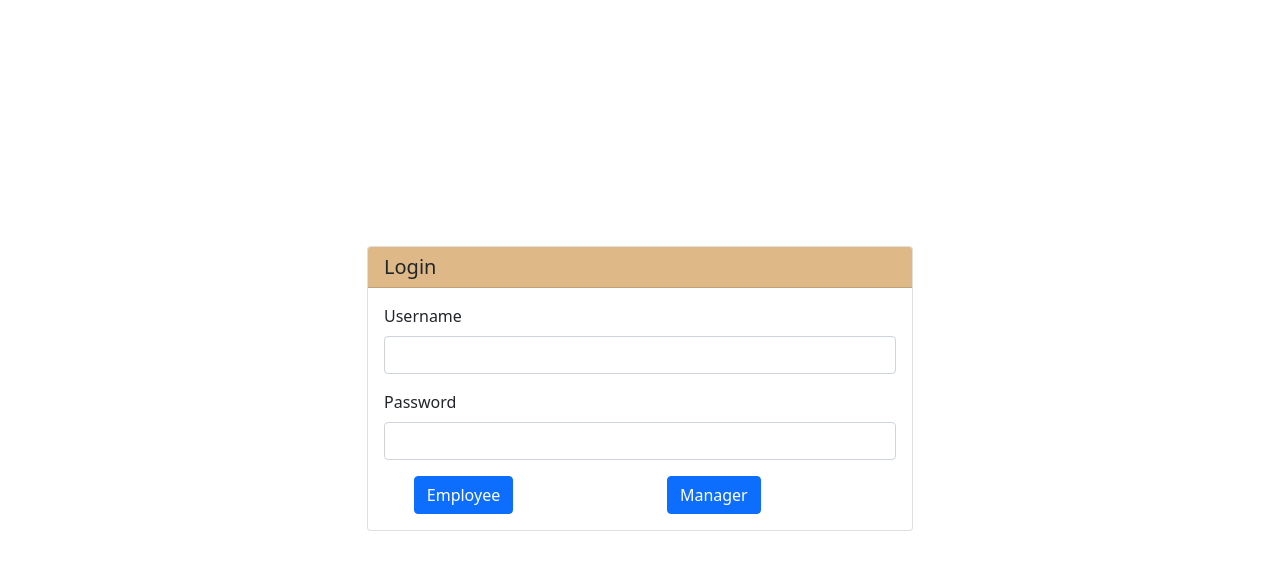
Repository: mavn2/ERS
Page: http://localhost/ExpenseReimbursementSystem/
These files come from the project's save history. The page is drawn as it stood at one moment and after the next save; the edit follows.
The browser window is 1280 px wide. The pictures show the whole page.
The page is served by Tomcat 9. Other server files are loaded and not shown.

Above is the page before, as saved 2021-04-02 11:40:57.

### APP/ExpenseReimbursementSystem/src/main/webapp/index.html
<!DOCTYPE html>
<html>
  <head>
    <meta charset="UTF-8" />
    <title>Welcome</title>
    <link
      href="https://cdn.jsdelivr.net/npm/bootstrap@5.0.0-beta3/dist/css/bootstrap.min.css"
      rel="stylesheet"
      integrity="sha384-eOJMYsd53ii+scO/bJGFsiCZc+5NDVN2yr8+0RDqr0Ql0h+rP48ckxlpbzKgwra6"
      crossorigin="anonymous"
    />
    <link href="style/style.css" rel="stylesheet">
  </head>
  <body>
    <div class="container">
      <div class="row align-items-center justify-content-center">
        <div class="col-6">
          <div class="card" id="loginForm">
            <h5 class="card-header" style="background-color: burlywood;">Login</h5>
            <div class="card-body">
              <form action="login" method="post">
                <div class="mb-3">
                  <label class="form-label" for="username">Username</label>
                  <input class="form-control" type="text" name="username" />
                </div>
                <div class="mb-3">
                  <label class="form-label" for="password">Password</label>
                  <input class="form-control" type="password" name="password" />
                </div>
                <div class="row justify-content-evenly">
                  <div class="col-5 align-items-center">
                    <button
                      type="submit"
                      class="btn btn-primary"
                      name="type"
                      value="e"
                    >
                      Employee
                    </button>
                  </div>
                  <div class="col-5 align-items-center">
                    <button
                      type="submit"
                      class="btn btn-primary"
                      name="type"
                      value="m"
                    >
                      Manager
                    </button>
                  </div>
                </div>
              </form>
            </div>
          </div>
        </div>
      </div>
    </div>
		<script src="https://cdn.jsdelivr.net/npm/bootstrap@5.0.0-beta3/dist/js/bootstrap.bundle.min.js" integrity="sha384-JEW9xMcG8R+pH31jmWH6WWP0WintQrMb4s7ZOdauHnUtxwoG2vI5DkLtS3qm9Ekf" crossorigin="anonymous"></script>
    <script
  src="https://code.jquery.com/jquery-3.6.0.js"
  integrity="sha256-H+K7U5CnXl1h5ywQfKtSj8PCmoN9aaq30gDh27Xc0jk="
  crossorigin="anonymous"></script>
  </body>
</html>

### APP/ExpenseReimbursementSystem/src/main/webapp/style/style.css
#userInfo {
	border-right-style: solid;
	border-right-width: 1px;
	border-right-color: black;
}

#userInfo .row {
	border-bottom: 1px solid black;
	padding-top: 1px;
}

#loginForm {
	margin-top: 45%;
}

After the next save:
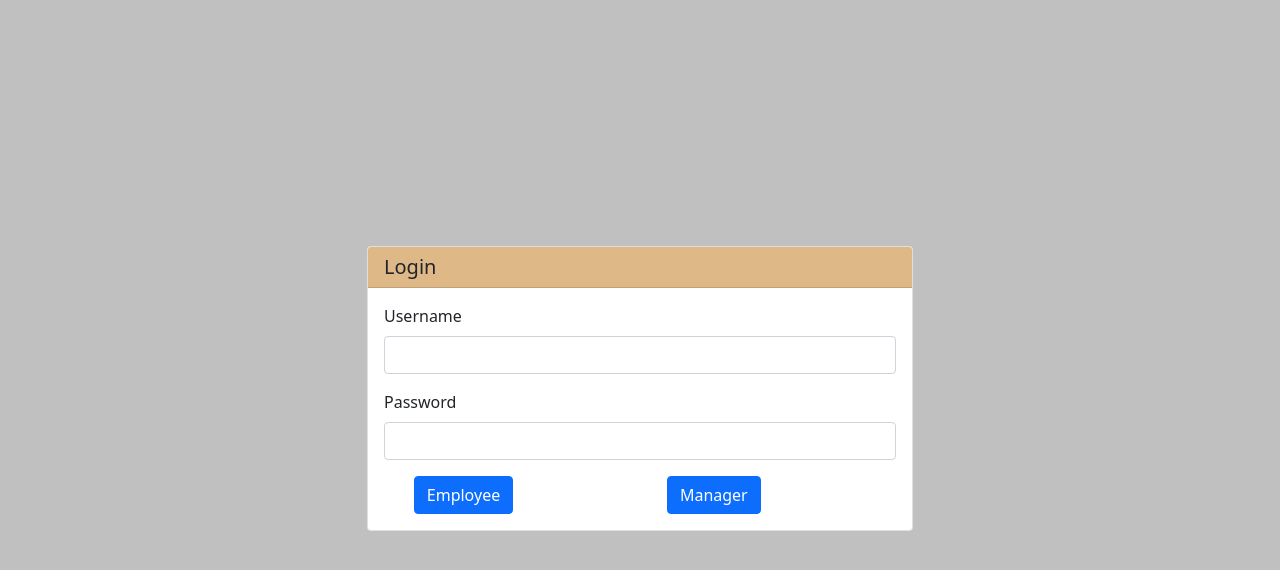
Saved 37 s later.
--- a/APP/ExpenseReimbursementSystem/src/main/webapp/style/style.css
+++ b/APP/ExpenseReimbursementSystem/src/main/webapp/style/style.css
@@ -12,3 +12,7 @@
 #loginForm {
 	margin-top: 45%;
 }
+
+body {
+	background: silver;
+}
